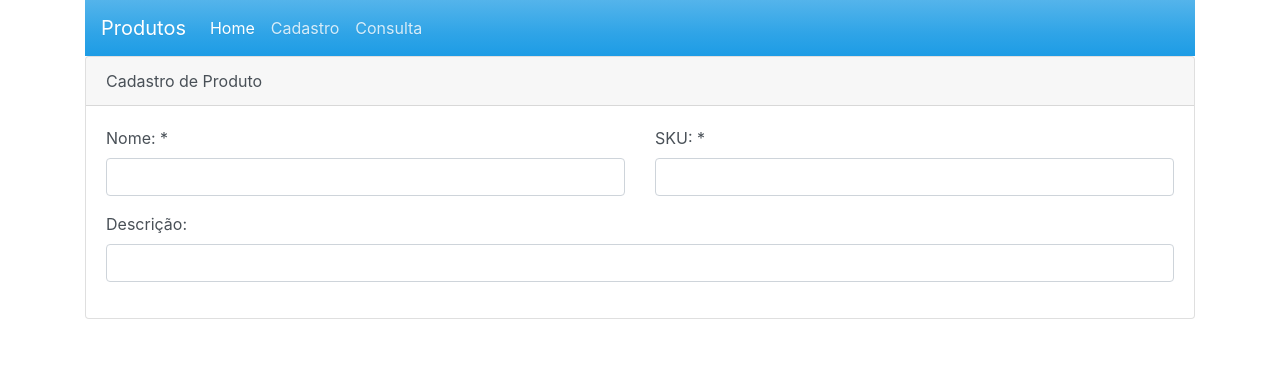
Repository: charles014/curso-react-2020
Page: /#/cadastro-produtos (app in cadastro-produtos/)
These files come from the project's save history. The page is drawn as it stood at one moment and after the next save; the edit follows.
The browser window is 1280 px wide. The pictures show the whole page.
Some web libraries are served in a nearby version. The project was rebuilt for these pictures with package versions that can differ from the ones it lists, and the page was loaded fresh each time. Also part of the build but not shown: cadastro-produtos/src/index.css, cadastro-produtos/src/pages/home.js.

Above is the page before, as saved 2020-09-17 17:28:29.

After the next save:
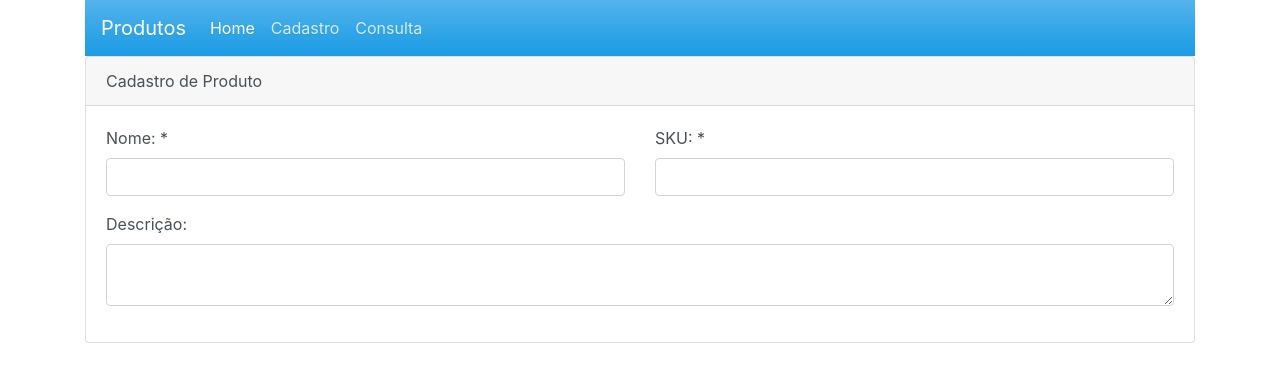
Saved 16 s later.
--- a/cadastro-produtos/src/pages/produtos/cadastro.js
+++ b/cadastro-produtos/src/pages/produtos/cadastro.js
@@ -27,7 +27,7 @@ class CadastroProduto extends React.Component{
                               <div className="col-md-12">
                                    <div className="form-group">
                                         <label>Descrição:</label>
-                                        <input className="form-control" />
+                                        <textarea className="form-control" />
 
                                    </div>
 
